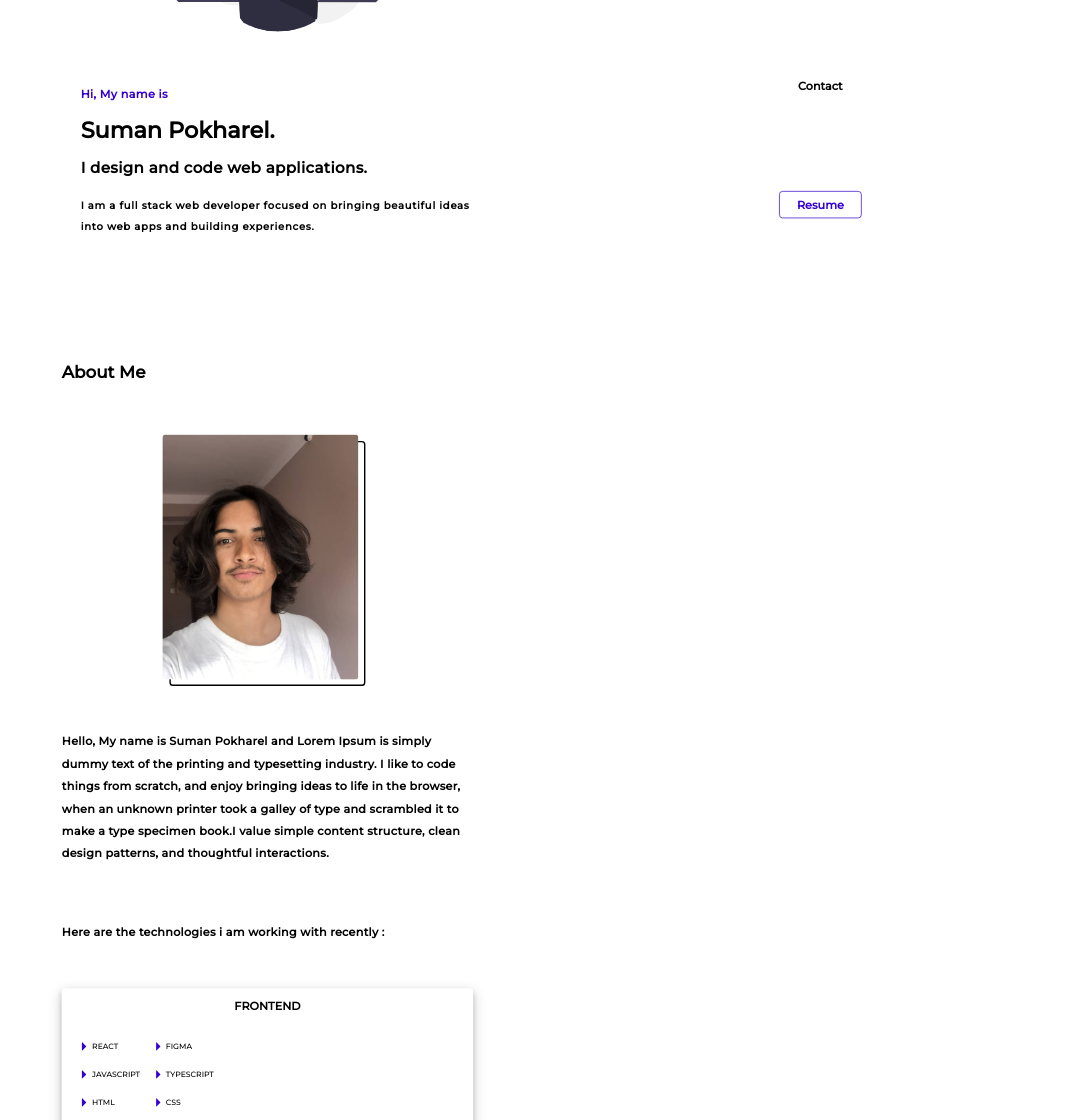
Repository: iamsumanp/portfolio
Page: /
These files come from the project's save history. The page is drawn as it stood at one moment and after the next save; the edit follows.
The browser window is 768 px wide. The page is 1536 px wide, so the pictures cover 1536 px, including what lies to the right of the window. The pictures show the part of the page from y = 427 to 2027 px (the page is 5979 px tall), at 70% of full size.
The project was rebuilt for these pictures with package versions that can differ from the ones it lists, and the page was loaded fresh each time.

Above is the page before, as saved 2022-07-06 17:06:57.

### public/index.html
<!DOCTYPE html>
<html lang="en">
  <head>
    <meta charset="utf-8" />
    <link rel="icon" href="%PUBLIC_URL%/favicon.ico" />
    <meta name="viewport" content="width=device-width, initial-scale=1" />
    <meta name="theme-color" content="#000000" />
    <meta
      name="description"
      content="Web site created using create-react-app"
    />
    <link rel="apple-touch-icon" href="%PUBLIC_URL%/logo192.png" />

    <link rel="manifest" href="%PUBLIC_URL%/manifest.json" />
    <link rel="preconnect" href="https://fonts.googleapis.com" />
    <link rel="preconnect" href="https://fonts.gstatic.com" crossorigin />
    <link
      href="https://fonts.googleapis.com/css2?family=Montserrat:wght@500&display=swap"
      rel="stylesheet"
    />
    <title>iamsumanp</title>
  </head>
  <body>
    <div id="root"></div>
  </body>
</html>

### src/App.tsx
import "./App.css";
import { BrowserRouter as Router } from "react-router-dom";
import { NavBar } from "./Components/NavBar";
import "./styles/styles.css";
import { Hero } from "./Components/Hero";
import { AboutMe } from "./Components/AboutMe";
import { Projects } from "./Components/Projects";
import { Contact } from "./Components/Contact";
import { Footer } from "./Components/Footer";

function App() {
  return (
    <Router>
      <NavBar />
      <Hero />
      <AboutMe />
      <Projects />
      <Contact />
      <hr />
      <Footer />
    </Router>
  );
}

export default App;

### src/Components/NavBar.tsx
import React, { useState } from "react";
import { HashLink } from "react-router-hash-link";
const myLogo = require("../assets/logo.png");
export const NavBar = () => {
  const [active, setActive] = useState(false);

  const burgerClick = () => {
    setActive(!active);
  };

  return (
    <nav className="navBar">
      <HashLink to="#heroSection" className="linkHash" smooth>
        <img
          src={myLogo}
          alt="SP"
          className="logoImg"
          onClick={active ? burgerClick : undefined}
        />
      </HashLink>

      <ul className={active ? "navUl nav-active" : "navUl"}>
        <li className="navLinks" onClick={active ? burgerClick : undefined}>
          <HashLink to="#aboutMe" className="linkHash" smooth>
            About me
          </HashLink>
        </li>
        <li className="navLinks" onClick={active ? burgerClick : undefined}>
          <HashLink to="#projectSection" className="linkHash" smooth>
            Projects
          </HashLink>
        </li>
        <li className="navLinks" onClick={active ? burgerClick : undefined}>
          <HashLink to="#contact" className="linkHash" smooth>
            Contact
          </HashLink>
        </li>
        <li className="navLinks resume">Resume</li>
      </ul>
      <div className="burgerMenu" onClick={() => burgerClick()}>
        <div className={active ? "line1 toggle" : "line1"}></div>
        <div className={active ? "line2 toggle2" : "line2"}></div>
        <div className={active ? "line3 toggle3" : "line3"}></div>
      </div>
    </nav>
  );
};

### src/styles/styles.css
:root {
  --main-purple: #3500d3;
}

* {
  box-sizing: border-box;
  font-family: "Montserrat", sans-serif;
}

body {
  margin: 0;
  padding: 0;
}
@media (max-width: 900px) {
  body {
    overflow-x: hidden;
  }
}

.navBar {
  display: flex;
  flex-direction: row;
  justify-content: space-between;
  align-items: center;
  min-height: 5rem;
  font-weight: bolder;
  overflow-x: hidden;
  padding: 0.2% 8%;
}
@media (max-width: 1100px) {
  .navBar {
    margin-bottom: 5rem;
  }
}
.navBar .logoImg {
  height: 25px;
}
.navBar .navUl {
  list-style: none;
  display: flex;
  flex-direction: row;
}
@media (max-width: 900px) {
  .navBar .navUl {
    position: absolute;
    right: 0;
    top: 8vh;
    height: 100vh;
    background-color: rgb(255, 255, 255);
    flex-direction: column;
    width: 100%;
    justify-content: space-evenly;
    transform: translateX(100%);
    transition: transform 0.4s ease-in;
  }
}
.navBar .nav-active {
  transform: translateX(0%);
}
.navBar .burgerMenu {
  display: none;
}
@media (max-width: 900px) {
  .navBar .burgerMenu {
    display: block;
    cursor: pointer;
  }
}
.navBar .burgerMenu .toggle {
  transform: rotate(-45deg) translate(-5px, 6px);
}
.navBar .burgerMenu .toggle2 {
  opacity: 0;
}
.navBar .burgerMenu .toggle3 {
  transform: rotate(45deg) translate(-5px, -6px);
}
.navBar .burgerMenu div {
  width: 25px;
  height: 3px;
  background-color: black;
  transition: transform 0.4s ease;
  margin: 5px;
}
.navBar .navLinks {
  padding: 0 40px;
  cursor: pointer;
  align-self: center;
  text-decoration: none;
}
.navBar .navLinks.resume {
  border: solid 1px var(--main-purple);
  color: var(--main-purple);
  padding: 9px 25px;
  border-radius: 5px;
}
.navBar .navLinks .linkHash {
  text-decoration: none;
  color: black;
}

.heroSection {
  overflow-x: hidden;
  height: 90vh;
  width: 80%;
  display: flex;
  flex-direction: row;
  align-items: center;
  margin: auto;
  padding: 0 2% 0 5%;
}
@media (max-width: 1100px) {
  .heroSection {
    flex-direction: column-reverse;
    justify-content: center;
    align-items: center;
  }
}
.heroSection .content {
  display: flex;
  flex-direction: column;
}
@media (max-width: 1100px) {
  .heroSection .content {
    margin-top: 5rem;
  }
}
.heroSection .content .h4text {
  color: var(--main-purple);
}
.heroSection .content .h1text {
  margin-top: 0;
  font-size: 2.5rem;
}
@media (max-width: 800px) {
  .heroSection .content .h1text {
    font-size: 2rem;
  }
}
.heroSection .content .h4text,
.heroSection .content .h2text {
  letter-spacing: 0.5px;
  margin-top: 0;
}
.heroSection .content .h2text {
  font-size: 1.8rem;
}
@media (max-width: 800px) {
  .heroSection .content .h2text {
    font-size: 1.35rem;
  }
}
.heroSection .content .h5text {
  width: 55%;
  line-height: 2;
  letter-spacing: 1px;
  margin-top: 10px;
  font-size: 0.9rem;
}
@media (max-width: 800px) {
  .heroSection .content .h5text {
    width: 100%;
  }
}
.heroSection .svgImgg {
  margin-left: auto;
  width: 22rem;
}
@media (max-width: 1100px) {
  .heroSection .svgImgg {
    margin-left: 0;
  }
}
@media (max-width: 800px) {
  .heroSection .svgImgg {
    width: 19rem;
  }
}

.aboutMeSection {
  width: 80%;
  margin: auto;
  display: flex;
  flex-direction: column;
  justify-content: center;
  padding: 7% 2% 10% 5%;
}
@media (max-width: 1100px) {
  .aboutMeSection {
    padding: 7rem 2% 10% 1.5%;
  }
}
.aboutMeSection .contentAndImage {
  display: flex;
  flex-direction: row;
}
@media (max-width: 1100px) {
  .aboutMeSection .contentAndImage {
    flex-direction: column-reverse;
    margin-top: 2rem;
  }
}
.aboutMeSection .h2textabout {
  margin-top: -3rem;
}
.aboutMeSection .aboutMeContent {
  display: flex;
  flex-direction: column;
  width: 60%;
}
@media (max-width: 1100px) {
  .aboutMeSection .aboutMeContent {
    width: 100%;
  }
}
.aboutMeSection .imgContainer {
  margin-left: auto;
  margin-top: 2rem;
  position: relative;
  height: 350px;
  width: 280px;
  border: solid 2px black;
  border-radius: 5px;
}
@media (max-width: 1100px) {
  .aboutMeSection .imgContainer {
    margin-left: 0;
    align-self: center;
    margin-bottom: 2rem;
  }
}
.aboutMeSection .imgContainer .imgProfile {
  height: 350px;
  position: absolute;
  right: 8px;
  top: -11px;
  border-radius: 5px;
}
.aboutMeSection .spanText {
  font-weight: bold;
  margin-top: 2rem;
  line-height: 2;
  letter-spacing: 0.4px;
}
.aboutMeSection .spanText.tech {
  margin-top: 5rem;
}
.aboutMeSection .backEndFrontEndContainer {
  display: flex;
  flex-direction: row;
  margin-top: 4rem;
  justify-content: space-between;
}
@media (max-width: 1100px) {
  .aboutMeSection .backEndFrontEndContainer {
    flex-direction: column;
  }
}
.aboutMeSection .backEndFrontEndContainer .frontEndBox {
  box-shadow: 0 4px 8px 0 rgba(0, 0, 0, 0.2), 0 6px 20px 0 rgba(0, 0, 0, 0.19);
  padding: 2rem 2.5rem;
  display: flex;
  flex-direction: column;
  border-radius: 5px;
}
@media (max-width: 1100px) {
  .aboutMeSection .backEndFrontEndContainer .frontEndBox {
    padding: 1rem;
    margin-bottom: 3rem;
  }
}
.aboutMeSection .backEndFrontEndContainer .frontEndBox .spanTitle {
  align-self: center;
  text-transform: uppercase;
  font-weight: bold;
}

.frontEndTools,
.backEndBox {
  display: flex;
  flex-direction: row;
  margin-top: 1rem;
}
.frontEndTools .fnTools2,
.backEndBox .fnTools2 {
  margin-left: 3rem;
}
@media (max-width: 900px) {
  .frontEndTools .fnTools2,
.backEndBox .fnTools2 {
    margin-left: 0.1rem;
  }
}
.frontEndTools .fnTool,
.backEndBox .fnTool {
  display: flex;
  align-items: center;
  margin: 1.5rem 0.5rem;
}
.frontEndTools .fnTool .triangleRight,
.backEndBox .fnTool .triangleRight {
  color: var(--main-purple);
}

.techName {
  margin-left: 0.8rem;
  text-transform: uppercase;
  font-size: 15px;
}
@media (max-width: 900px) {
  .techName {
    font-size: 11px;
    margin-left: 0.2rem;
  }
}

.projectsSection {
  width: 80%;
  margin: auto;
  padding: 5% 2% 0 5%;
  display: flex;
  flex-direction: column;
}
@media (max-width: 1100px) {
  .projectsSection {
    padding: 7rem 2% 10% 1.5%;
  }
}
.projectsSection .Project1Container {
  display: flex;
  flex-direction: column;
}
.projectsSection .nameLabelLine {
  margin: 2rem 0;
  display: flex;
  flex-direction: row;
  align-items: center;
}
.projectsSection .nameLabelLine .vl {
  border-bottom: 1px solid gray;
  margin-top: 5px;
  height: inherit;
  width: 35%;
}
@media (max-width: 1100px) {
  .projectsSection .nameLabelLine .vl {
    width: 50%;
  }
}
.projectsSection .h2textabout {
  margin-top: -3rem;
}
.projectsSection .projectContentAndImage {
  display: flex;
  flex-direction: row;
  justify-content: space-between;
}
@media (max-width: 1100px) {
  .projectsSection .projectContentAndImage {
    flex-direction: column-reverse;
  }
}
.projectsSection .projectContentAndImage .hirestationImg {
  height: 15rem;
  border-radius: 5px;
  margin-left: auto;
}
@media (max-width: 1100px) {
  .projectsSection .projectContentAndImage .hirestationImg {
    margin-left: 0;
    align-self: center;
    margin: 2rem 0 4rem 0;
  }
}
@media (max-width: 800px) {
  .projectsSection .projectContentAndImage .hirestationImg {
    height: 10rem;
  }
}
.projectsSection .linksContainer {
  display: flex;
  align-items: center;
  margin: 2rem 0;
}

.projContent {
  width: 50%;
  line-height: 1.5;
  letter-spacing: 0.5px;
}
@media (max-width: 1100px) {
  .projContent {
    width: 100%;
  }
}

.projectLabel {
  font-weight: bold;
  margin-right: 1rem;
}

.Project2Container {
  display: flex;
  flex-direction: column;
  margin-top: 5rem;
  margin-bottom: 7.5rem;
}
.Project2Container .nameLabelLine2 {
  margin: 2rem 0;
  display: flex;
  flex-direction: row;
  justify-content: end;
}
.Project2Container .nameLabelLine2 .vl {
  border-bottom: 1px solid gray;
  margin-bottom: 5px;
  width: 35%;
  margin-right: 1rem;
}
@media (max-width: 1100px) {
  .Project2Container .nameLabelLine2 .vl {
    width: 50%;
  }
}
@media (max-width: 800px) {
  .Project2Container .nameLabelLine2 .vl {
    width: 40%;
  }
}

.projectContentAndImage1 {
  display: flex;
  flex-direction: row;
  justify-content: space-between;
}
@media (max-width: 1100px) {
  .projectContentAndImage1 {
    flex-direction: column;
  }
}
.projectContentAndImage1 .baathcheethImg {
  height: 15rem;
  border-radius: 5px;
  margin-right: auto;
}
@media (max-width: 1100px) {
  .projectContentAndImage1 .baathcheethImg {
    margin-right: 0;
    align-self: center;
    margin: 2rem 0 4rem 0;
  }
}
@media (max-width: 800px) {
  .projectContentAndImage1 .baathcheethImg {
    height: 10rem;
  }
}

.ContactSection {
  width: 80%;
  margin: auto;
  padding: 5% 2% 10% 5%;
  display: flex;
  flex-direction: column;
}
@media (max-width: 1100px) {
  .ContactSection {
    padding: 5rem 2% 10% 1.5%;
  }
}
.ContactSection .formContainer {
  margin-top: 2rem;
}
.ContactSection .nameAndEmailSection {
  display: flex;
  flex-direction: row;
  justify-content: space-between;
}
@media (max-width: 900px) {
  .ContactSection .nameAndEmailSection {
    flex-direction: column;
    width: 100%;
  }
}
.ContactSection .nameAndEmailSection .nameContainer {
  display: flex;
  flex-direction: column;
  width: 90%;
}
@media (max-width: 900px) {
  .ContactSection .nameAndEmailSection .nameContainer {
    width: 100%;
  }
}
.ContactSection .nameAndEmailSection .emailContainer {
  display: flex;
  flex-direction: column;
  width: 90%;
  margin-left: 5rem;
}
@media (max-width: 900px) {
  .ContactSection .nameAndEmailSection .emailContainer {
    margin-left: 0;
    margin-top: 3rem;
    width: 100%;
  }
}
.ContactSection .nameAndEmailSection .inputForm {
  box-shadow: 0 4px 8px 0 rgba(0, 0, 0, 0.2), 0 6px 20px 0 rgba(0, 0, 0, 0.19);
  padding: 0.6rem 0.4rem;
  width: 100%;
  border-width: 1px;
  outline: none;
}
.ContactSection .label {
  margin-bottom: 2rem;
  font-weight: bold;
}
.ContactSection .MessageContainer {
  display: flex;
  flex-direction: column;
  margin-top: 4rem;
}
.ContactSection .MessageContainer #messageArea {
  width: 46.5%;
  box-shadow: 0 4px 8px 0 rgba(0, 0, 0, 0.2), 0 6px 20px 0 rgba(0, 0, 0, 0.19);
  height: 7rem;
  resize: none;
  outline: none;
  padding: 0.5rem 0.4rem;
}
@media (max-width: 900px) {
  .ContactSection .MessageContainer #messageArea {
    width: 100%;
  }
}
.ContactSection .submitBtn {
  background-color: #7a4eff;
  border: none;
  color: aliceblue;
  padding: 0.8rem;
  margin-top: 4rem;
  width: 10rem;
  border-radius: 3px;
  cursor: pointer;
}
@media (max-width: 900px) {
  .ContactSection .submitBtn {
    width: 100%;
  }
}

.footerSection {
  width: 80%;
  margin: auto;
  padding: 3% 2% 4% 1.5%;
}
.footerSection .footerContainer {
  display: flex;
  flex-direction: column;
}
@media (max-width: 900px) {
  .footerSection .footerContainer {
    align-items: center;
  }
}
.footerSection .socialMediaAndQuote {
  display: flex;
  justify-content: space-between;
  align-items: center;
  margin-bottom: 1rem;
}
@media (max-width: 900px) {
  .footerSection .socialMediaAndQuote {
    flex-direction: column;
  }
}
.footerSection .socialMediaAndQuote .icons {
  margin-left: 1rem;
}
@media (max-width: 900px) {
  .footerSection .socialMediaAndQuote .socialMedia {
    margin: 2rem 0;
  }
}

@media (max-width: 800px) {
  .spSpan {
    text-align: center;
  }
}/*# sourceMappingURL=styles_20220706170657.css.map */

### src/Components/Hero.tsx
import SvgImg from "./IconComponent/SvgImg";

export const Hero = () => {
  return (
    <div className="heroSection" id="heroSection">
      <div className="content">
        <h4 className="h4text">Hi, My name is</h4>
        <h1 className="h1text">Suman Pokharel.</h1>
        <h2 className="h2text">I design and code web applications.</h2>
        <h5 className="h5text">
          I am a full stack web developer focused on bringing beautiful ideas
          into web apps and building experiences.
        </h5>
      </div>
      {/* <div className="svgImgg"> */}
      <SvgImg height={221} className="svgImgg" />
      {/* </div> */}
    </div>
  );
};

### src/Components/Contact.tsx
import React, { useState } from "react";

export const Contact = () => {
  const [name, setName] = useState("");
  const [email, setEmail] = useState("");
  const [message, setMessage] = useState("");

  const submitHandler: React.FormEventHandler<HTMLFormElement> = (
    e: React.FormEvent<HTMLFormElement>
  ) => {
    e.preventDefault();

    setName("");
    setEmail("");
    setMessage("");
  };
  return (
    <div className="ContactSection" id="contact">
      <h2 className="h2textabout">Interested In working together?</h2>
      <form className="formContainer" onSubmit={submitHandler}>
        <div className="nameAndEmailSection">
          <div className="nameContainer">
            <label htmlFor="Name" className="label">
              Name :
            </label>
            <input
              type="text"
              value={name}
              className="inputForm"
              onChange={(e) => setName(e.target.value)}
            />
          </div>
          <div className="emailContainer">
            <label htmlFor="Email" className="label">
              Email :
            </label>
            <input
              type="email"
              value={email}
              className="inputForm"
              onChange={(e) => setEmail(e.target.value)}
            />
          </div>
        </div>
        <div className="MessageContainer">
          <label htmlFor="Message" className="label">
            Message(optional) :
          </label>
          <textarea
            name="message"
            id="messageArea"
            // cols=30
            // rows=10
            value={message}
            onChange={(e) => setMessage(e.target.value)}
          ></textarea>
        </div>
        <button className="submitBtn" type="submit">
          SUBMIT
        </button>
      </form>
    </div>
  );
};

### src/Components/Footer.tsx
import React from "react";
import { AiFillGithub, AiFillTwitterCircle } from "react-icons/ai";
import { BsLinkedin, BsFacebook } from "react-icons/bs";

export const Footer = () => {
  return (
    <div className="footerSection">
      <div className="footerContainer">
        <div className="socialMediaAndQuote">
          <span>Learning, Pushing, Rushing</span>
          <div className="socialMedia">
            <a
              href="https://www.linkedin.com/in/suman-pokharel-2a4b61206/"
              target="_blank"
              rel="noreferrer"
            >
              <BsLinkedin size={30} className="icons" fill="#2867B2" />
            </a>

            <a
              href="https://www.facebook.com/summan.pokharel/"
              target="_blank"
              rel="noreferrer"
            >
              <BsFacebook size={30} className="icons" fill="	#4267B2" />
            </a>
            <a
              href="https://github.com/iamsumanp"
              target="_blank"
              rel="noreferrer"
              style={{ color: "black" }}
            >
              <AiFillGithub size={34} className="icons" />
            </a>
            <a
              href="https://twitter.com/Itsmesuman2"
              target="_blank"
              rel="noreferrer"
            >
              <AiFillTwitterCircle size={35} className="icons" fill="#00acee" />
            </a>
          </div>
        </div>
        <span className="spSpan">Designed And Built By Suman Pokhrel</span>
      </div>
    </div>
  );
};

Loaded but not shown: src/index.tsx (common file); src/Components/IconComponent/SvgImg.tsx (791 lines, source omitted); src/Components/Projects.tsx (201 lines, source omitted); src/Components/AboutMe.tsx (107 lines, source omitted); src/App.css (no stored copy; drawn as an empty file)

After the next save:
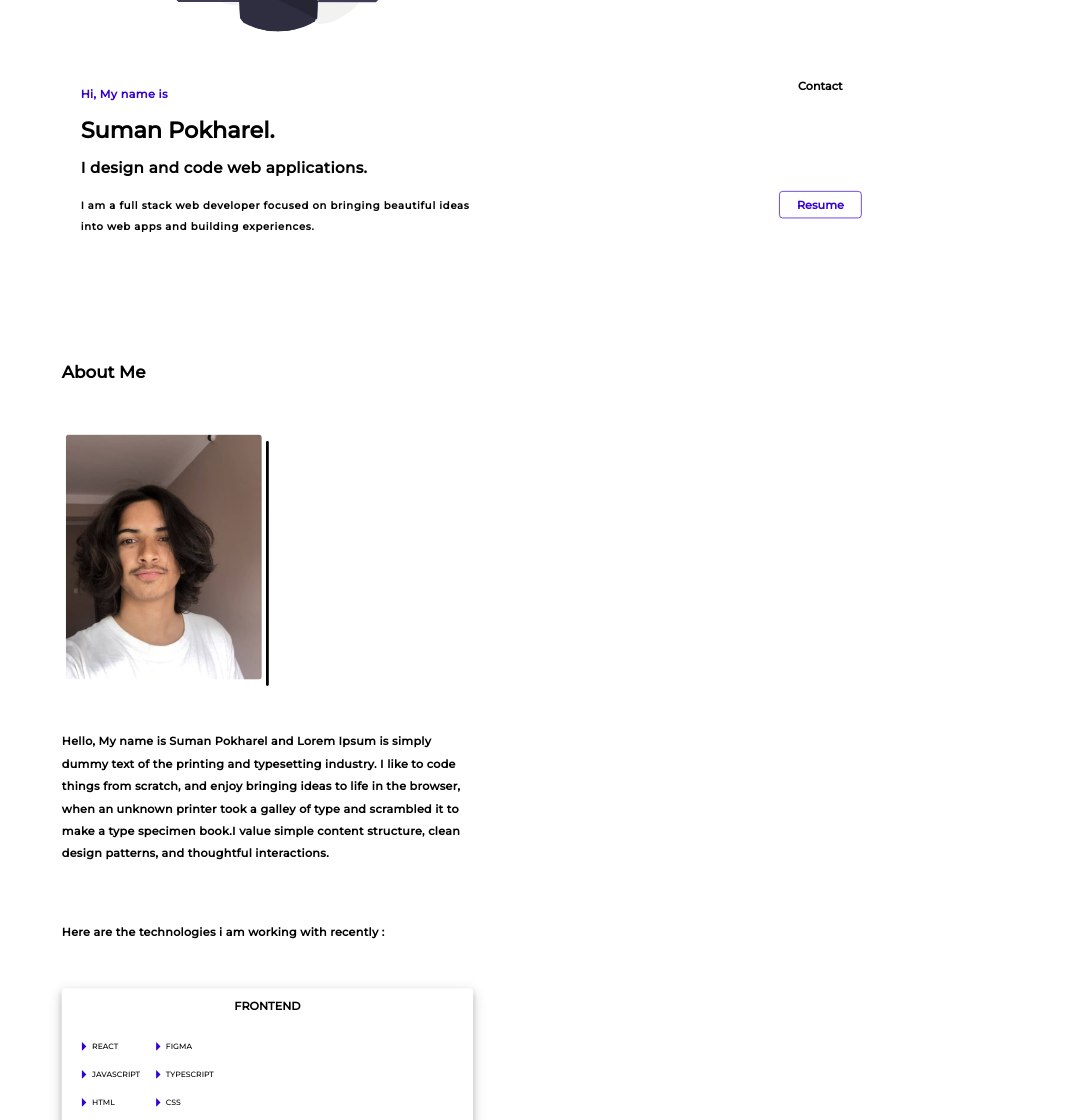
Saved 86 s later.
--- a/src/styles/styles.css
+++ b/src/styles/styles.css
@@ -218,7 +218,6 @@
   margin-top: 2rem;
   position: relative;
   height: 350px;
-  width: 280px;
   border: solid 2px black;
   border-radius: 5px;
 }
@@ -588,4 +587,4 @@
   .spSpan {
     text-align: center;
   }
-}/*# sourceMappingURL=styles_20220706170657.css.map */
+}/*# sourceMappingURL=styles_20220706170823.css.map */

After the save that followed:
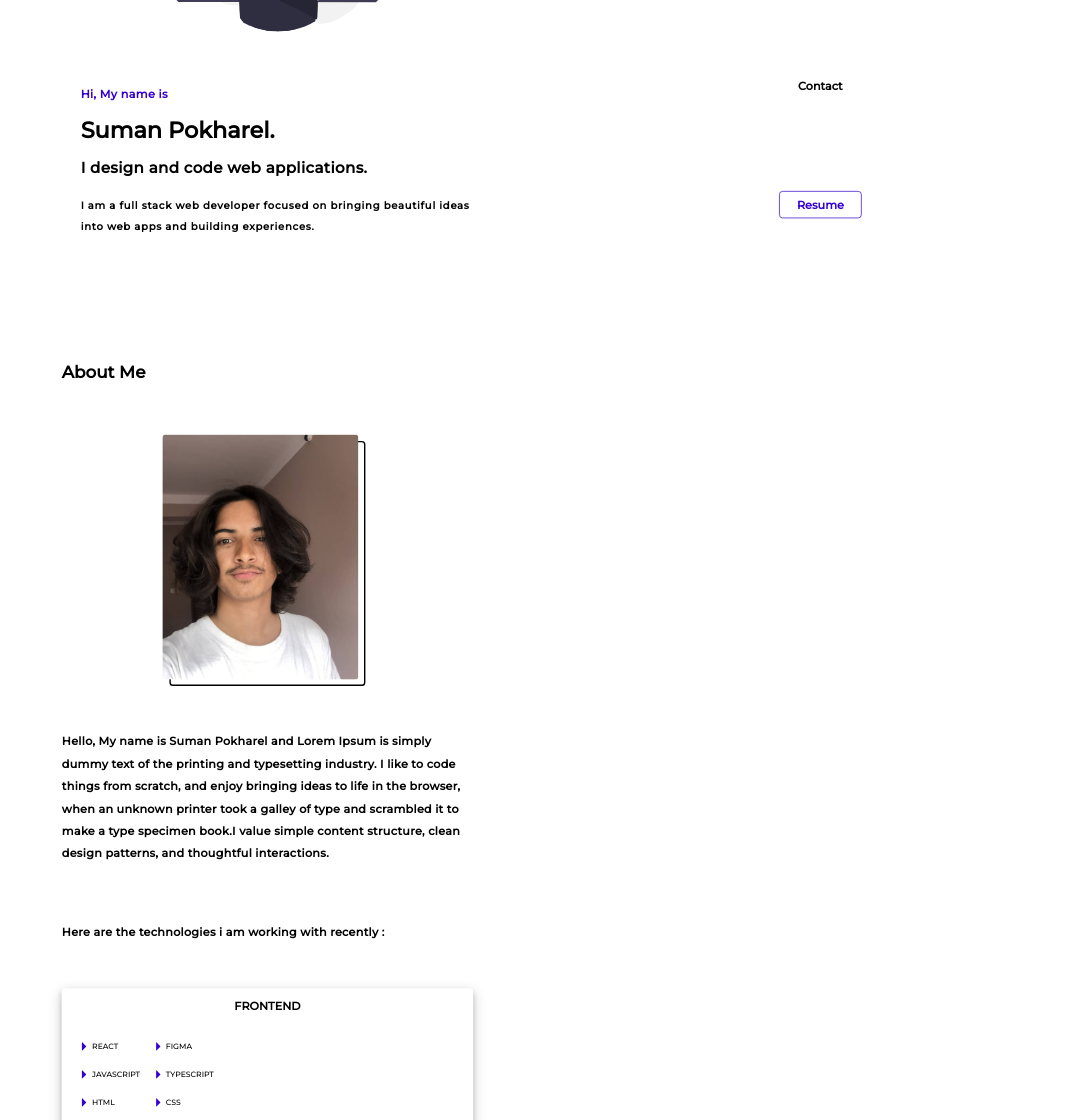
Saved 2 s later.
--- a/src/styles/styles.css
+++ b/src/styles/styles.css
@@ -218,6 +218,7 @@
   margin-top: 2rem;
   position: relative;
   height: 350px;
+  width: 280px;
   border: solid 2px black;
   border-radius: 5px;
 }
@@ -587,4 +588,4 @@
   .spSpan {
     text-align: center;
   }
-}/*# sourceMappingURL=styles_20220706170823.css.map */
+}/*# sourceMappingURL=styles_20220706170825.css.map */
